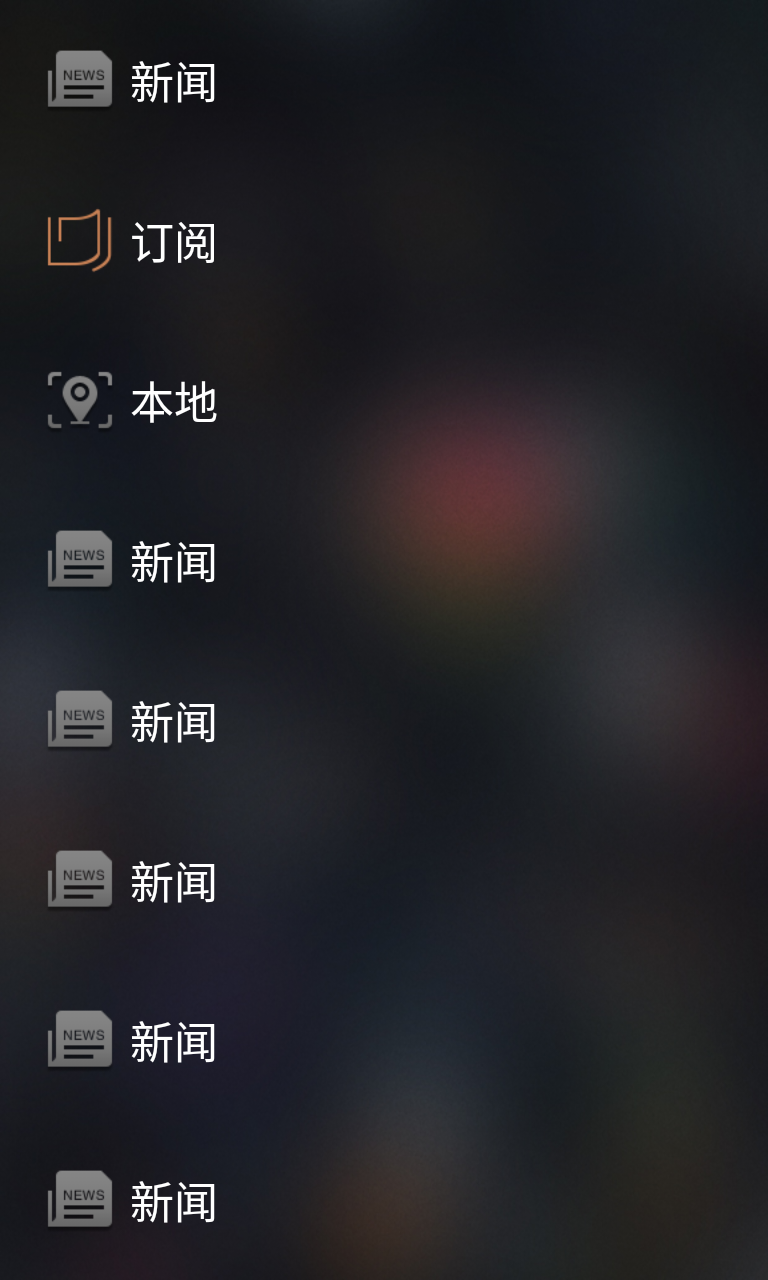
Repository: ASmouse/View
Layout: 05_SlidingMenuDemo14/res/layout/left.xml
The author's editor kept a copy of each file at every save. The layout is drawn from the files as they stood at one save, then again after the next save.
It is drawn on a 768 x 1280 px phone screen (xhdpi) without system bars, with theme AppTheme; the app's code is not run.

Above is the layout before, as saved 2015-10-25 02:07:01.

After the next save:
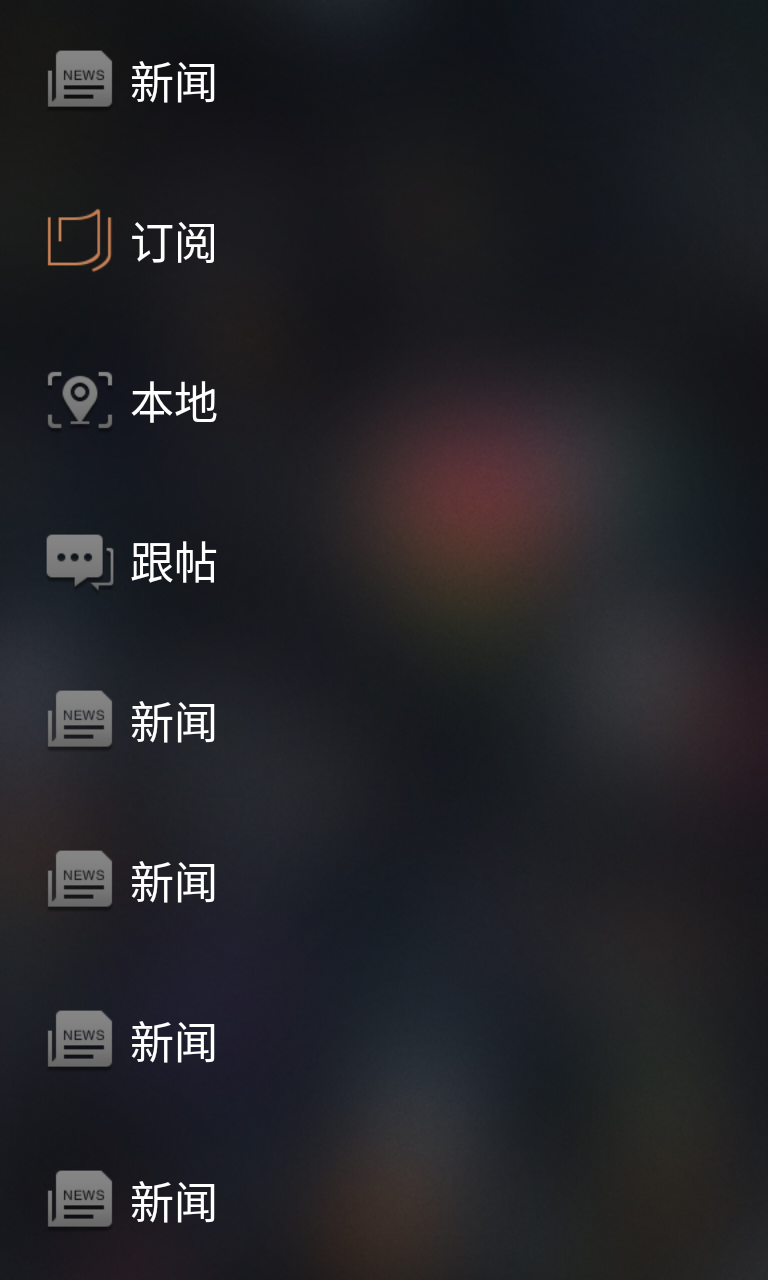
Saved 17 s later.
--- a/05_SlidingMenuDemo14/res/layout/left.xml
+++ b/05_SlidingMenuDemo14/res/layout/left.xml
@@ -28,8 +28,8 @@
 
         <TextView
             style="@style/tv_style"
-            android:drawableLeft="@drawable/tab_news"
-            android:text="新闻" />
+            android:drawableLeft="@drawable/tab_ties"
+            android:text="跟帖" />
 
         <TextView
             style="@style/tv_style"
